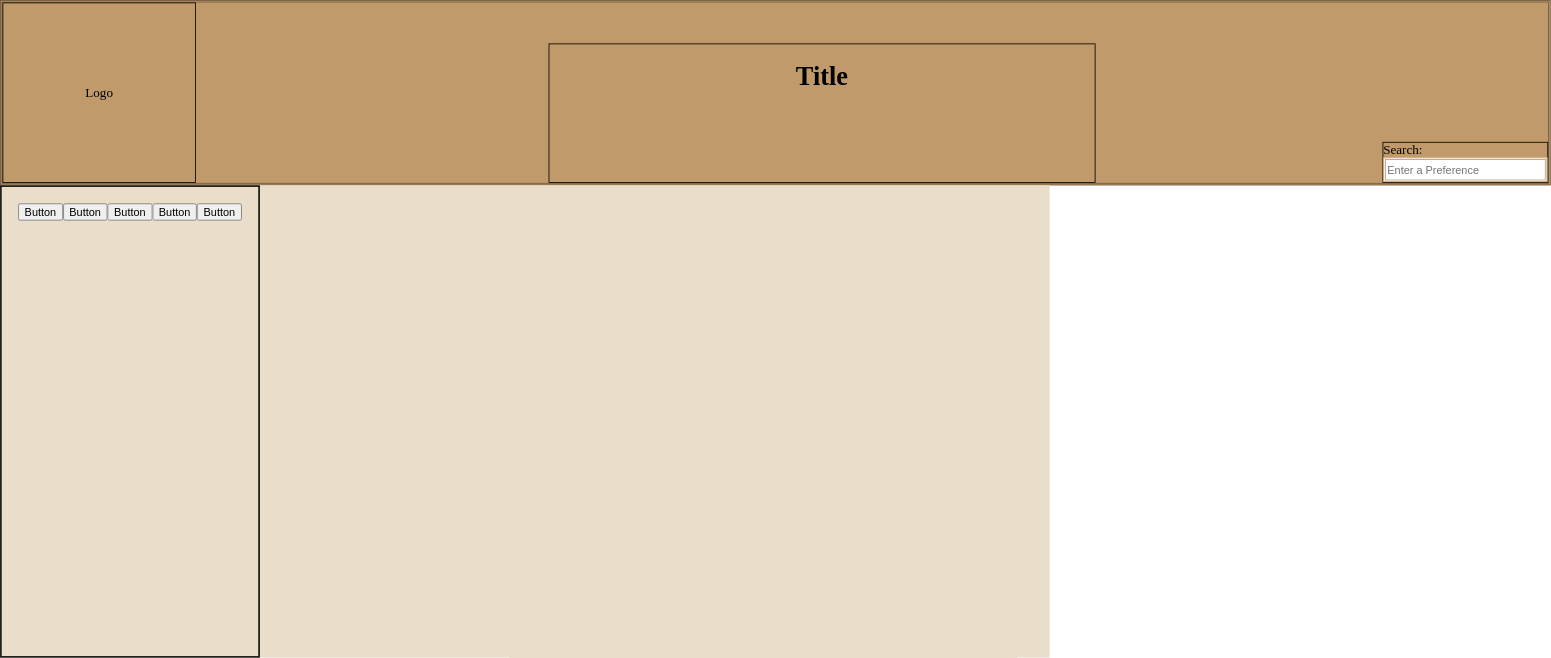
Repository: joshliu14/Travel-Mug
Page: /
The author's editor kept a copy of each file at every save. The page is drawn from the files as they stood at one save, then again after the next save.
The browser window is 1280 px wide. The page is 1891 px wide, so the pictures cover 1891 px, including what lies to the right of the window. The pictures show the whole page, at 82% of full size.
The project was rebuilt for these pictures with package versions that can differ from the ones it lists, and the page was loaded fresh each time.

Above is the page before, as saved 2024-01-02 16:31:30.

### public/index.html
<!DOCTYPE html>
<html lang="en">
  <head>
    <meta charset="utf-8" />
    <link rel="icon" href="%PUBLIC_URL%/favicon.ico" />
    <link rel="stylesheet" href="./index.css" />
    <meta name="viewport" content="width=device-width, initial-scale=1" />
    <meta name="theme-color" content="#000000" />
    <meta
      name="description"
      content="Web site created using create-react-app"
    />
    <link rel="apple-touch-icon" href="%PUBLIC_URL%/logo192.png" />
    <!--
      manifest.json provides metadata used when your web app is installed on a
      user's mobile device or desktop. See https://developers.google.com/web/fundamentals/web-app-manifest/
    -->
    <link rel="manifest" href="%PUBLIC_URL%/manifest.json" />
    <!--
      Notice the use of %PUBLIC_URL% in the tags above.
      It will be replaced with the URL of the `public` folder during the build.
      Only files inside the `public` folder can be referenced from the HTML.

      Unlike "/favicon.ico" or "favicon.ico", "%PUBLIC_URL%/favicon.ico" will
      work correctly both with client-side routing and a non-root public URL.
      Learn how to configure a non-root public URL by running `npm run build`.
    -->
    <title>Travel Mug</title>
  </head>
  <body>
    <noscript>You need to enable JavaScript to run this app.</noscript>
    <div id="root"></div>
    <!--
      This HTML file is a template.
      If you open it directly in the browser, you will see an empty page.

      You can add webfonts, meta tags, or analytics to this file.
      The build step will place the bundled scripts into the <body> tag.

      To begin the development, run `npm start` or `yarn start`.
      To create a production bundle, use `npm run build` or `yarn build`.
    -->
  </body>
</html>

### src/index.js
import React from "react";
import ReactDOM from "react-dom";
import App from "./App";

import { BrowserRouter } from "react-router-dom";

ReactDOM.render(
  <BrowserRouter>
    <App />
  </BrowserRouter>,
  document.getElementById("root")
);

### src/App.js
import React from "react";
import Home from "./Home";

import { Switch, Route } from "react-router-dom";

const App = () => {
  return (
    <Switch>
      <Route exact path="/">
        <Home />
      </Route>
    </Switch>
  );
};

export default App;

### src/Home.js
import React from "react";
import "./Home.css";

/*import { Link } from "react-router-dom";
 <div className="nav">
            <Link to="/">Home</Link>
            <Link to="/">About</Link>
            <Link to="/">Contact</Link>
            <Link to="/">Blank</Link>
            <Link to="/">Blank</Link>
          </div> */

class Search extends React.Component {
  render() {
    return (
      <div>
        <div className="top">
          <div className="logo">Logo</div>
          <div className="title">
            <h1>Title</h1>
          </div>
          <div className="search-container">
            Search:{" "}
            <input className="search-bar" placeholder="Enter a Preference" />
          </div>
        </div>
        <div className="bottom">
          <div className="aside">
            <div className="filter">
              <button>Button</button>
              <button>Button</button>
              <button>Button</button>
              <button>Button</button>
              <button>Button</button>
            </div>
          </div>
        </div>
      </div>
    );
  }
}

export default Search;

### src/Home.css
.top {
  background-color: #c19a6b;
  display: flex;
  min-width: fit-content;
  min-height: 20vh;
  border-width: 3px;
  border-color: #6d573d;
  border-style: double;
}

.logo {
  padding: 100px;
  border: 1px solid black;
}

.title {
  text-align: center;
  min-width: 665px;
  margin-top: 50px;
  margin-left: 430px;
  margin-right: 200px;
  border: 1px solid black;
}

.nav {
  align-self: last baseline;
  display: flex;
  justify-content: center;
  border: 1px solid black;
}
.nav a {
  font-size: large;
  padding: 10px 20px;
  color: black;
  display: block;
  text-decoration: none;
}

.nav a:hover {
  color: aliceblue;
  background-color: #6d573d;
}
.bottom {
  background-color: #eaddca;
  display: flex;
  min-width: fit-content;
  min-height: 80vh;
}

.search-container {
  align-self: last baseline;
  border: 1px solid black;
  margin-left: 150px;
}
.search-bar {
  width: 200px;
  height: 30px;
  box-sizing: border-box;
  border-width: 3px;
  border-color: #c19a6b;
  border-style: double;
}

.aside {
  display: flex;
  justify-content: center;
  margin-left: 0px;
  margin-right: 0px;
  border: 1px solid black;
}

.filter {
  padding: 20px;
  display: block;
  border: 1px solid black;
}

### public/index.css
html,
body {
  margin: 0px;
  padding: 0px;
}

After the next save:
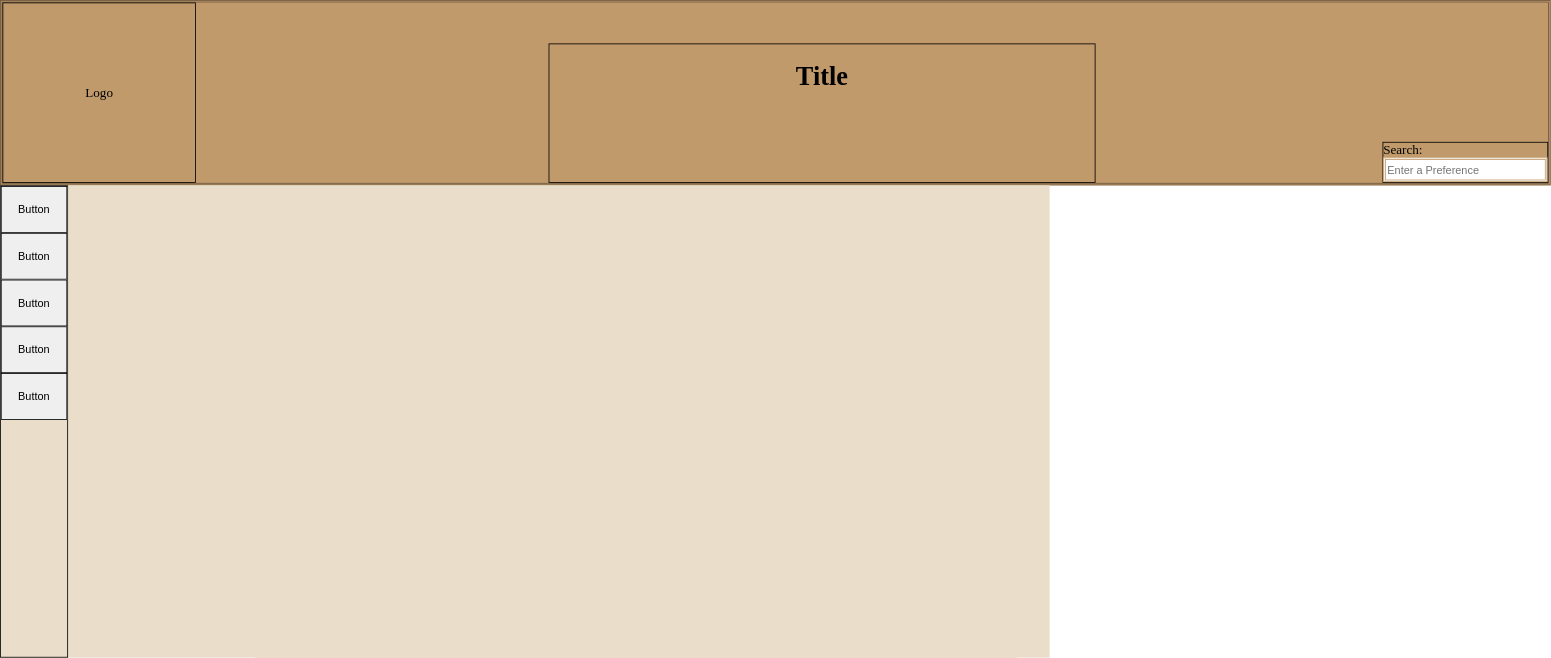
Saved 69 s later.
--- a/src/Home.css
+++ b/src/Home.css
@@ -69,7 +69,7 @@
   border: 1px solid black;
 }
 
-.filter {
+button {
   padding: 20px;
   display: block;
   border: 1px solid black;
